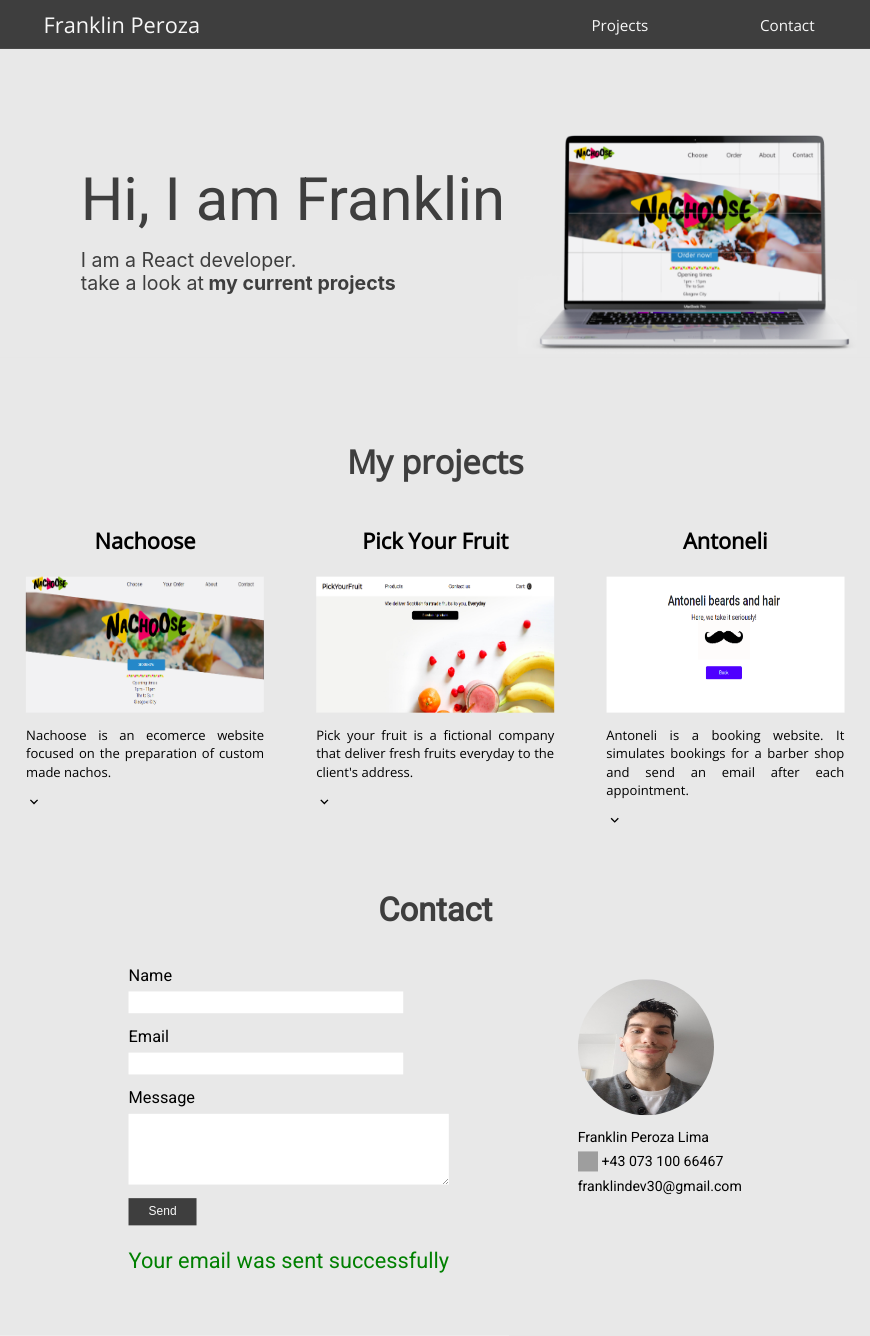
Repository: franklinpl/portfolio
Page: /
An editor plug-in stored every save of this project. The page is shown before and after the next save, followed by the edit.
The browser window is 1280 px wide. The pictures show the whole page, at 68% of full size.
Pictures or frames that could not be fetched are drawn as grey boxes. The project was rebuilt for these pictures with package versions that can differ from the ones it lists, and the page was loaded fresh each time.

Above is the page before, as saved 2022-09-29 17:00:56.

After the next save:
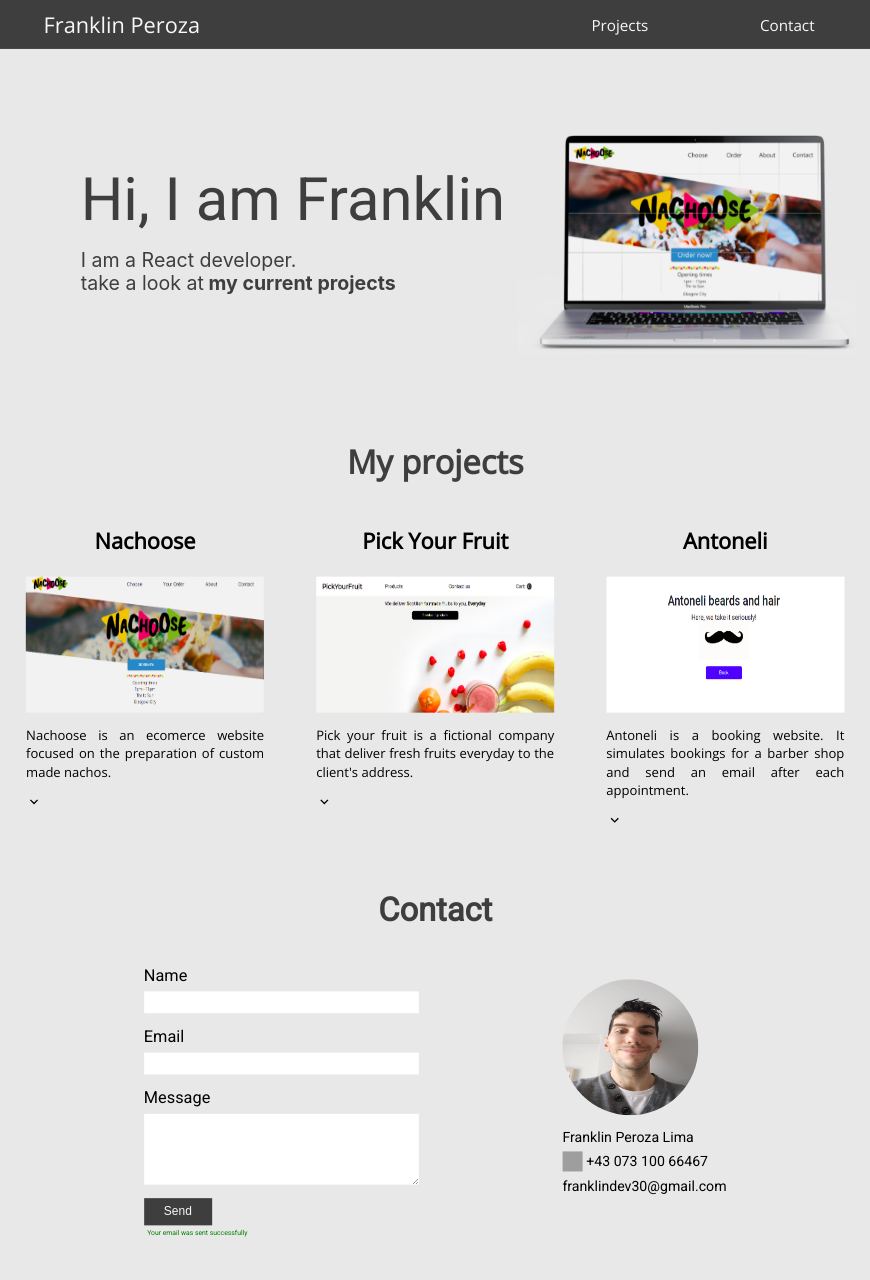
Saved 83 s later.
--- a/src/components/Contact.css
+++ b/src/components/Contact.css
@@ -113,3 +113,8 @@ form div input{
 #email-sent{
     color:green
 }
+
+#email-not-sent, #email-sent {
+    margin: 5px;
+    font-size: 10px;
+}
